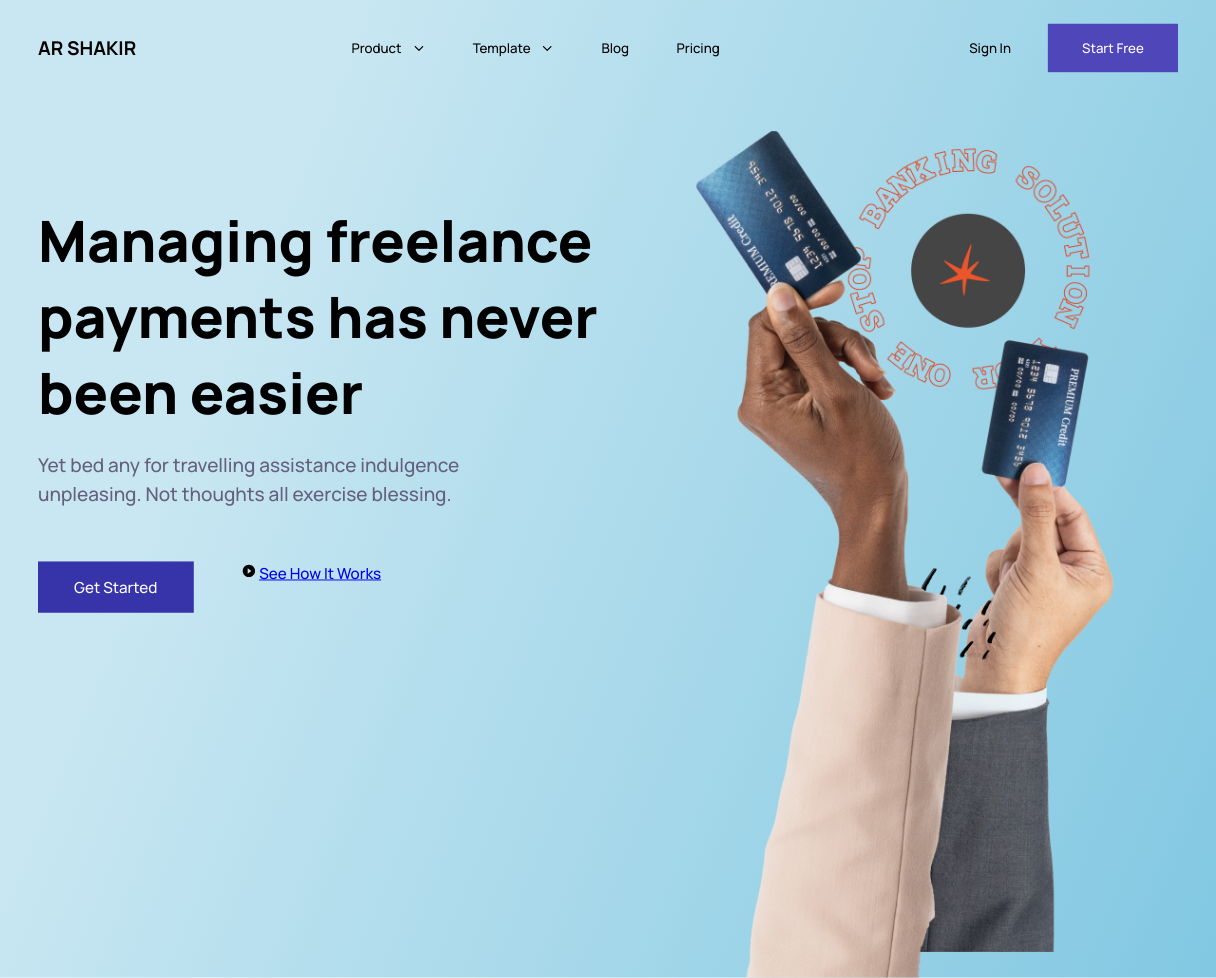
Repository: duongdori/ARShakir
Page: index.html
The author's editor kept a copy of each file at every save. The page is drawn from the files as they stood at one save, then again after the next save.
The browser window is 1280 px wide. The pictures show the whole page, at 95% of full size.

Above is the page before, as saved 2022-04-02 16:39:29.

### index.html
<!DOCTYPE html>
<html lang="en">
<head>
    <meta charset="UTF-8">
    <meta http-equiv="X-UA-Compatible" content="IE=edge">
    <meta name="viewport" content="width=device-width, initial-scale=1.0">
    <title>AR SHAKIR</title>
    <link rel="preconnect" href="https://fonts.googleapis.com">
    <link rel="preconnect" href="https://fonts.gstatic.com" crossorigin>
    <link href="https://fonts.googleapis.com/css2?family=Manrope:wght@400;500;600;700;800&display=swap" rel="stylesheet">

    <link rel="stylesheet" href="./assets/css/main.css">
</head>
<body>
    <div class="wrapper">
        <header class="header">
            <div class="header-top">
                <div class="container">
                    <div class="header-logo">AR Shakir</div>
                    <ul class="header-menu">
                        <li class="header-menu-item">
                            <a href="#" class="header-menu-item-link">Product</a>
                            <a href="#" class="header-menu-item-icon">
                                <ion-icon name="ios-arrow-down"></ion-icon>
                            </a>
                        </li>
                        <li class="header-menu-item">
                            <a href="#" class="header-menu-item-link">Template</a>
                            <a href="#" class="header-menu-item-icon">
                                <ion-icon name="ios-arrow-down"></ion-icon>
                            </a>
                        </li>
                        <li class="header-menu-item">
                            <a href="#" class="header-menu-item-link">Blog</a>
                        </li>
                        <li class="header-menu-item">
                            <a href="#" class="header-menu-item-link">Pricing</a>
                        </li>
                    </ul>
                    <div class="header-login">
                        <a href="#" class="header-login-signin">Sign In</a>
                        <a href="#" class="header-login-startfree">Start Free</a>
                    </div>
                </div>
            </div>
            <div class="container">
                <div class="header-main">
                    <div class="header-content">
                        <h1 class="header-content-heading">
                            Managing freelance payments has never been easier
                        </h1>
                        <p class="header-content-desc">
                            Yet bed any for travelling assistance indulgence unpleasing. Not thoughts all exercise blessing.
                        </p>
                        <div class="header-content-btn">
                            <button class="header-content-getstarted_btn">Get Started</button>
                            <div class="header-content-see_btn">
                                <ion-icon name="play-circle"></ion-icon>
                                <a href="#" class="header-content-see_btn-link">See How It Works</a>
                            </div>
                        </div>
                    </div>
                    <img srcset="./assets/images/img1.png 2x" class="header-img" alt="">
                </div>
            </div>
        </header>
    </div>
</body>
<script  src = "https://unpkg.com/ionicons@4.5.10-0/dist/ionicons.js" > </script >
</html>

### assets/css/main.css
*, *::before, *::after {
  box-sizing: border-box;
}
* {
  margin: 0;
}

html, body {
  height: 100%;
}
body {
  line-height: 1.5;
  -webkit-font-smoothing: antialiased;
  -webkit-tap-highlight-color: rgba(0,0,0,0);
}

img, picture, video, canvas, svg {
  display: block;
  max-width: 100%;
}
input, button, textarea, select {
  font: inherit;
  outline: none;
  border: none;
}
p, h1, h2, h3, h4, h5, h6 {
  overflow-wrap: break-word;
}

:root {
    --primary-font: "Manrope";
    --primary-text-color: #000;
}
body {
    font-family: var(--primary-font);
    font-weight: 500;
}

.wrapper {
    max-width: 1440px;
    margin: 0 auto;
}

.container {
    max-width: 1200px;
    margin: 0 auto;
}

.header{
    background: linear-gradient(292.12deg, #62BADA -35.02%, #C9E7F2 78.96%);
}

.header-top{
    padding-top: 38px;
}

.header-top .container {
    display:flex;
    justify-content: space-between;
    align-items: center;
}

.header-logo{
    font-weight: 700;
    font-size: 20px;
    line-height: calc(25 / 20);
    text-transform: uppercase;
    color: var(--primary-text-color);
}

.header-menu{
    display:flex;
    align-items: center;
    list-style: none;
    font-weight: 500;
    font-size: 14px;
    line-height: calc(19 / 14);
    padding: 0;
    margin-left: -50px;

}

.header-menu-item{
    margin-left: 50px;
}

.header-menu-item-link{
    color: var(--primary-text-color);
    text-decoration: none;

}

.header-menu-item-icon {
    color: var(--primary-text-color);
    margin-left: 8px;
    display: inline;
    top: 2px;
    position: relative;
}

.header-login{
    font-size: 14px;
    line-height: calc(19 / 14);
}

.header-login-signin{
    color: var(--primary-text-color);
    text-decoration: none;
    padding: 16px 36px;

}

.header-login-startfree{
    color: #fff;
    text-decoration: none;
    background-color: #4F46BA;
    padding: 16px 36px;

}


.header-main {
    display: flex;
    justify-content: space-between;
}

.header-content {
    max-width: 646px;
    width: 100%;
    margin-top: 150px;
    flex-shrink: 0;
}

.header-content-heading {
    font-size: 60px;
    font-weight: 800;
    line-height: calc(80 / 60);
    color: var(--primary-text-color);
}

.header-content-desc {
    max-width: 510px;
    width: 100%;
    margin-top: 22px;
    font-size: 20px;
    line-height: calc(30 / 20);
    color: #64607D;
}

.header-content-btn{
    display: flex;
    margin-top: 56px;
}

.header-content-getstarted_btn{
    color: #fff;
    font-size: 16px;
    padding: 15px 38px;
    background-color: #3734A9;
    margin-right: 50px;
}

.header-content-see_btn{

}

.header-content-see_btn-link{

}

After the next save:
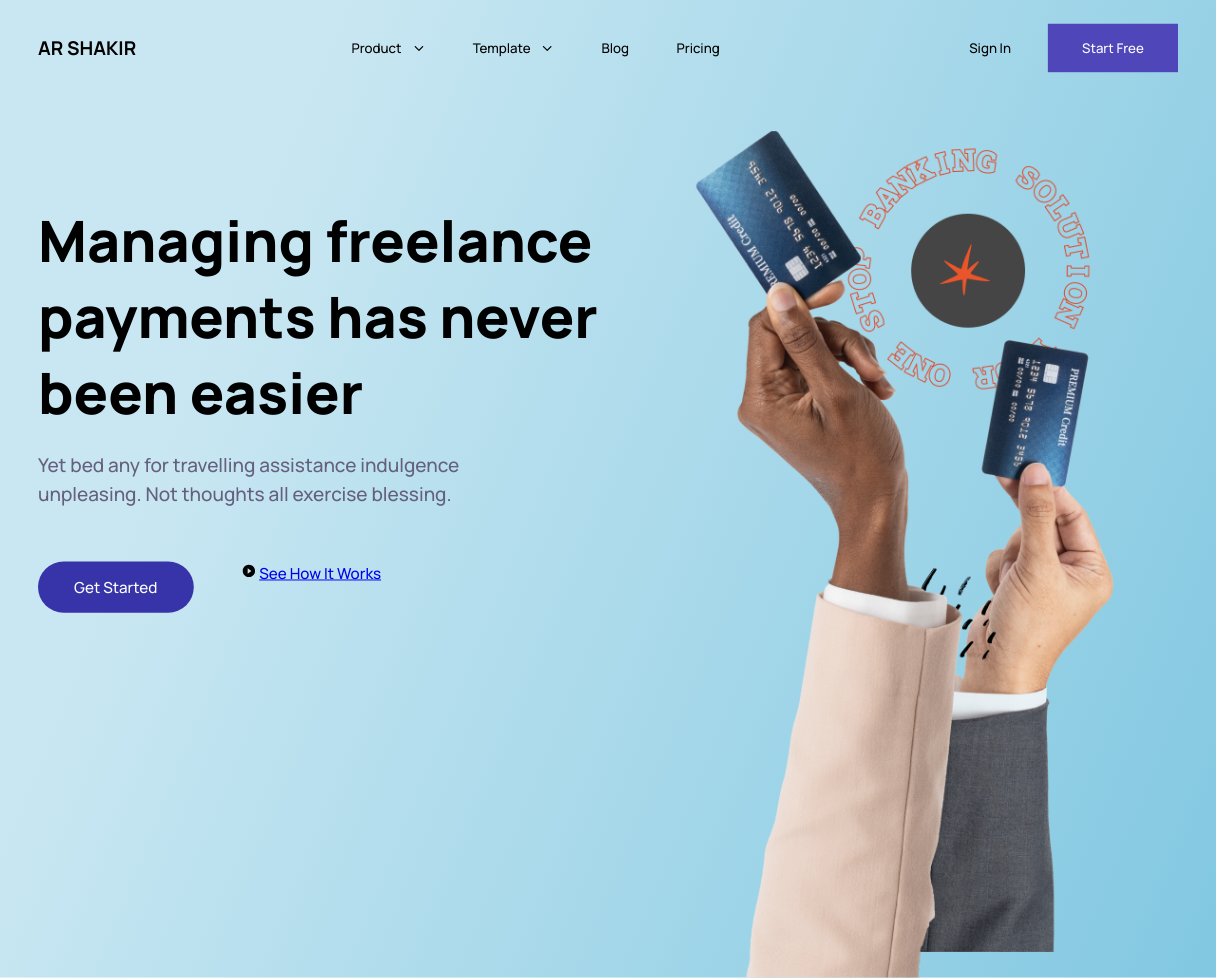
Saved 33 s later.
--- a/assets/css/main.css
+++ b/assets/css/main.css
@@ -158,6 +158,7 @@ body {
     padding: 15px 38px;
     background-color: #3734A9;
     margin-right: 50px;
+    border-radius: 47px;
 }
 
 .header-content-see_btn{
